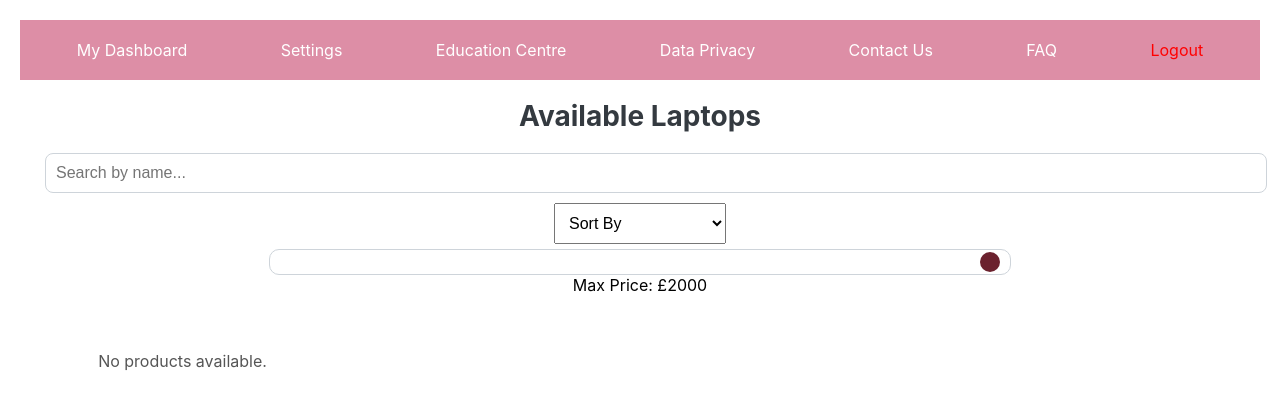
Repository: aab232/https---github.com-aab232-Deferred-Payment-Platform
Page: /main (app in frontend/)
The author's editor kept a copy of each file at every save. The page is drawn from the files as they stood at one save, then again after the next save.
The browser window is 1280 px wide. The pictures show the whole page.
The page's requests for data from a server got no answer. The project was rebuilt for these pictures with package versions that can differ from the ones it lists, and the page was loaded fresh each time. No one was signed in, and anything a server would have sent is missing. Also part of the build but not shown: frontend/src/components/Home.js, frontend/src/components/Register.js, frontend/src/components/Login.js, frontend/src/components/BackButton.css, frontend/src/components/BackButton.js, frontend/src/components/Settings.js.

Above is the page before, as saved 2025-04-01 00:42:51.

After the next save:
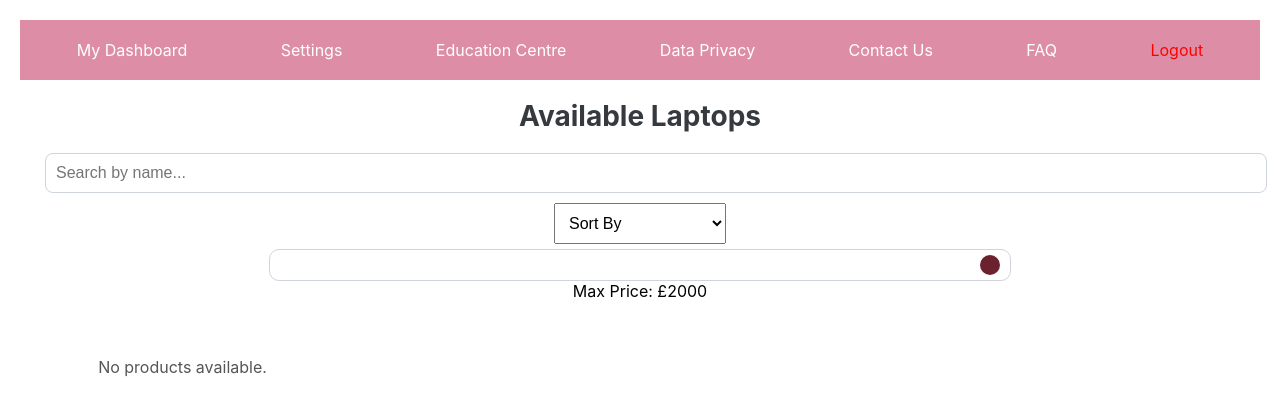
Saved 42 s later.
--- a/frontend/src/components/Main.css
+++ b/frontend/src/components/Main.css
@@ -75,7 +75,7 @@ input[type="range"] {
   -webkit-appearance: none;
   appearance: none;
   width: 60%;
-  height: 4px;  /* Reduced height for a thinner bar */
+  height: 10px;
   background: white;
   border-radius: 10px;
   outline: none;
